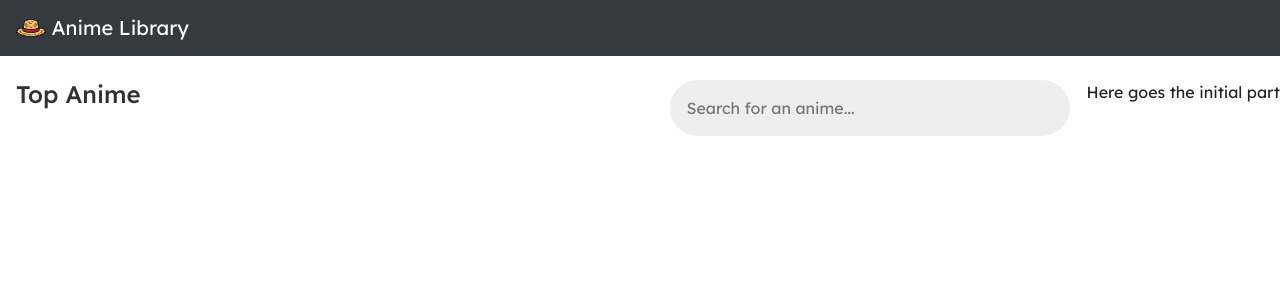
Repository: cuitlazotlac/anime-library
Page: /
An editor plug-in stored every save of this project. The page is shown before and after the next save, followed by the edit.
The browser window is 1280 px wide. The pictures show the whole page.
The page's requests for data from a server got no answer. The project was rebuilt for these pictures with package versions that can differ from the ones it lists, and the page was loaded fresh each time. No one was signed in, and anything a server would have sent is missing. Also part of the build but not shown: src/components/AnimeCard.js.

Above is the page before, as saved 2021-05-05 00:18:58.

### public/index.html
<!DOCTYPE html>
<html lang="en">
  <head>
    <meta charset="utf-8" />
    <link rel="icon" href="%PUBLIC_URL%/favicon.svg" />
    <meta name="viewport" content="width=device-width, initial-scale=1" />
    <meta name="theme-color" content="#000000" />
    <meta
      name="description"
      content="Web site created using create-react-app"
    />
    <link rel="apple-touch-icon" href="%PUBLIC_URL%/logo192.png" />
    <!--
      manifest.json provides metadata used when your web app is installed on a
      user's mobile device or desktop. See https://developers.google.com/web/fundamentals/web-app-manifest/
    -->
    <link rel="manifest" href="%PUBLIC_URL%/manifest.json" />
    <!--
      Notice the use of %PUBLIC_URL% in the tags above.
      It will be replaced with the URL of the `public` folder during the build.
      Only files inside the `public` folder can be referenced from the HTML.

      Unlike "/favicon.ico" or "favicon.ico", "%PUBLIC_URL%/favicon.ico" will
      work correctly both with client-side routing and a non-root public URL.
      Learn how to configure a non-root public URL by running `npm run build`.
    -->
    <title>Anime Library</title>
  </head>
  <body>
    <noscript>You need to enable JavaScript to run this app.</noscript>
    <div id="root"></div>
    <!--
      This HTML file is a template.
      If you open it directly in the browser, you will see an empty page.

      You can add webfonts, meta tags, or analytics to this file.
      The build step will place the bundled scripts into the <body> tag.

      To begin the development, run `npm start` or `yarn start`.
      To create a production bundle, use `npm run build` or `yarn build`.
    -->
  </body>
</html>

### src/index.js
import React from 'react';
import ReactDOM from 'react-dom';
import './index.scss';
import App from './App';
import 'bootstrap/dist/css/bootstrap.min.css';


ReactDOM.render(
  <React.StrictMode>
    <App />
  </React.StrictMode>,
  document.getElementById('root')
);

### src/index.scss
@import "~bootstrap/scss/bootstrap";
@import url('https://fonts.googleapis.com/css2?family=Lexend:wght@100;300;400;500;600;700;800&display=swap');


@import "./assets/styles/base/main";

@import "./assets/styles/components/animeCard";
@import "./assets/styles/components/header";

* {
	margin: 0;
	padding: 0;
	box-sizing: border-box;

	font-family: 'Lexend', sans-serif;
}

### src/App.js
import { useState, useEffect, useLayoutEffect } from "react";
import Header from "./components/Header";
import Sidebar from "./components/Sidebar";
import MainContent from "./components/MainContent";
import SearchBar from "./components/SearchBar";

function App() {
  const [animeList, SetAnimeList] = useState([]);
  const [topAnime, SetTopAnime] = useState([]);
  const [search, SetSearch] = useState("");

  const GetTopAnime = async () => {
    const temp = await fetch(
      `https://api.jikan.moe/v3/top/anime/1/bypopularity`
    ).then((res) => res.json());

    // only get the top 5 anime
    SetTopAnime(temp.top.slice(0, 5));
  };

  const HandleSearch = (e) => {
    e.preventDefault();
    FetchAnime(search);
  };

  const FetchAnime = async (query) => {
    const temp = await fetch(
      `https://api.jikan.moe/v3/search/anime?q=${query}&order_by=title&sort=asc&limit=10`
    ).then((res) => res.json());

    SetAnimeList(temp.results);
  };

  useEffect(() => {
    GetTopAnime();
  }, []);

  return (
    <div className="App">
      <Header />
      <br />
      <div className="content-wrap">
        <Sidebar topAnime={topAnime} />
        <SearchBar SetSearch={SetSearch} />
        {typeof search.title != "undefined" ? (
          <MainContent
            HandleSearch={HandleSearch}
            search={search}
            animeList={animeList}
            SetSearch={SetSearch}
          />
        ) : (
          "Here goes the initial part"
        )}
      </div>
    </div>
  );
}

export default App;

### src/assets/styles/base/_main.scss
.content-wrap {
	display: flex;

	aside {
		flex: 1 1 250px;
		max-width: 250px;
		padding-right: 16px;

		nav {
			padding-left: 16px;
			padding-right: 16px;

			h3 {
				color: #313131;
				font-size: 24px;
				margin-bottom: 16px;
			}

			a {
				display: block;
				padding: 8px 16px;
				text-align: left;

				color: #888;
				font-size: 16px;
				margin-bottom: 16px;

				background-color: #EEE;
				border-radius: 999px;
				text-decoration: none;

				transition: 0.4s;

				&:hover {
					background-color: #313131;
					color: #AAA;
				}
			}
		}
	}

	main {
		flex: 1 1 0%;
		padding: 0px 16px;

		.main-head {
			display: flex;
			justify-content: flex-end;

			.search-box {
				display: flex;
				justify-content: flex-end;
				flex: 1 1 0%;

				input {
					appearance: none;
					background: none;
					outline: none;
					border: none;

					display: block;
					width: 100%;
					max-width: 400px;
					padding: 16px;
					border-radius: 999px;
					background-color: #EEE;

					transition: 0.4s;

					::placeholder {
						color: #888;
					}

					&:focus, &:valid {
						background-color: #313131;
						color: #FFF;
					}
				}
			}
		}
	}
}

### src/assets/styles/components/_animeCard.scss
.anime-list {
    display: flex;
    flex-wrap: wrap;
    margin-top: 32px;
    margin: 32px -8px 0px;

    .anime-card {
        flex: 1 1 33.333%;
        max-width: 33.333%;
        padding: 16px 8px;

        a {
            text-decoration: none;
        }

        figure {
            display: block;
            margin-bottom: 16px;

            img {
                display: block;
                width: 100%;
                height: 350px;
                object-fit: cover;
                border-radius: 16px;
                box-shadow: 0px 0px 0px rgba(0, 0, 0, 0.15);

                transition: 0.4s;
            }
        }

        h3 {
            color: #313131;
        }

        &:hover {
            figure {
                img {
                    box-shadow: 0px 6px 12px rgba(0, 0, 0, 0.25);
                    transform: scale(1.05);
                }
            }
        }
    }
}

### src/assets/styles/components/_header.scss
header {
	padding-top: 50px;
	padding-bottom: 50px;

	h1 {
		color: #AAA;
		font-size: 36px;
		font-weight: 400;
		text-align: center;

		strong {
			color: #313131;
		}
	}
}

### src/components/Header.js
import Navbar from "react-bootstrap/Navbar";
import logo from "../assets/images/logo.svg";

function Header() {
  return (
    <>
      <Navbar bg="dark" variant="dark">
        <Navbar.Brand href="#home">
          <img
            alt=""
            src={logo}
            width="30"
            height="30"
            className="d-inline-block align-top"
          />{" "}
          Anime Library
        </Navbar.Brand>
      </Navbar>
    </>
  );
}

export default Header;

### src/components/Sidebar.js
import React from "react";

function Sidebar({ topAnime }) {
  return (
    <aside>
      <nav>
        <h3>Top Anime</h3>
        {topAnime.map((anime) => (
          <a
            href={anime.url}
            target="_blank"
            key={anime.mal_id}
            rel="noreferrer">
            { anime.title }
          </a>
        ))}
      </nav>
    </aside>
  );
}

export default Sidebar;

### src/components/SearchBar.jsx
import React from 'react'

export default function SearchBar(props) {
    return (
        <main>
            <div className="main-head">
                <form
                    className="search-box"
                    onSubmit={props.HandleSearch}>
                    <input
                        type="search"
                        placeholder="Search for an anime..."
                        required
                        value={props.search}
                        onChange={e => props.SetSearch(e.target.value)}
                    />
                </form>
            </div>
        </main>
    )
}

### src/components/MainContent.js
import React from 'react'
import AnimeCard from './AnimeCard'


export default function MainContent(props) {
    return (
        <main>
            <div className="main-head">
                <form
                    className="search-box"
                    onSubmit={props.HandleSearch}>
                    <input
                        type="search"
                        placeholder="Search for an anime..."
                        required
                        value={props.search}
                        onChange={e => props.SetSearch(e.target.value)}
                    />
                </form>
            </div>
            <div className="anime-list">
                {props.animeList.map(anime => (
                        <AnimeCard
                            anime={anime}
                            key={anime.mal_id}
                        />

                ))}
            </div>
        </main>
    )
}

After the next save:
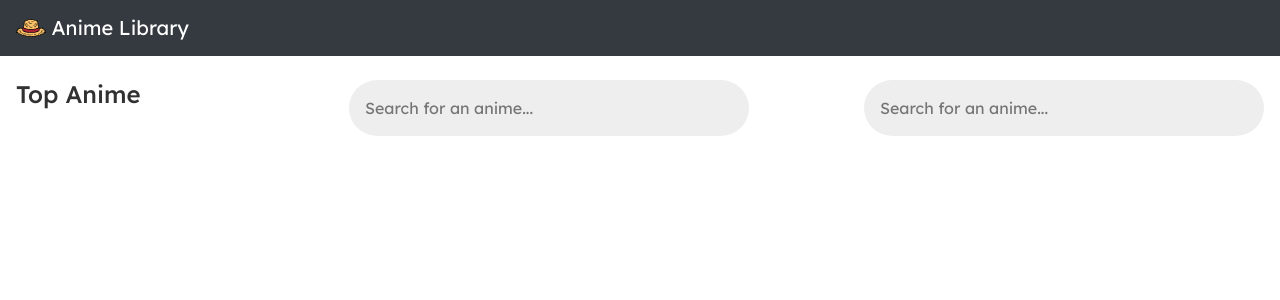
Saved 28 s later.
--- a/src/App.js
+++ b/src/App.js
@@ -42,7 +42,7 @@
       <div className="content-wrap">
         <Sidebar topAnime={topAnime} />
         <SearchBar SetSearch={SetSearch} />
-        {typeof search.title != "undefined" ? (
+        {typeof search.title != null ? (
           <MainContent
             HandleSearch={HandleSearch}
             search={search}

After the save that followed:
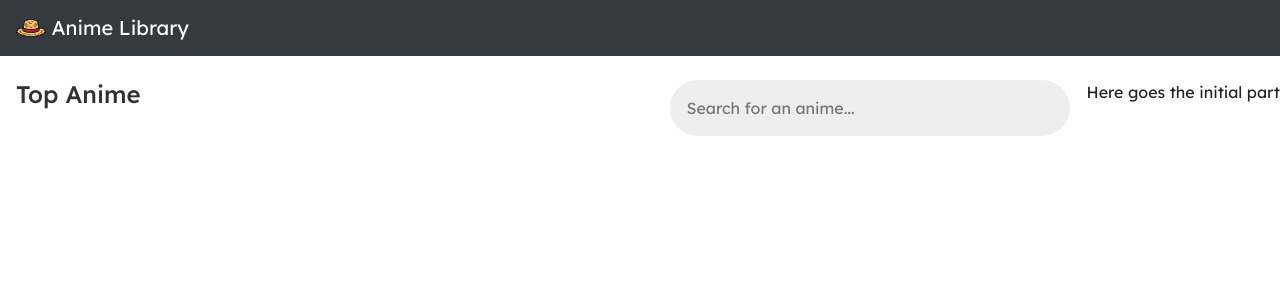
Saved 35 s later.
--- a/src/App.js
+++ b/src/App.js
@@ -42,7 +42,7 @@
       <div className="content-wrap">
         <Sidebar topAnime={topAnime} />
         <SearchBar SetSearch={SetSearch} />
-        {typeof search.title != null ? (
+        {typeof search.title != "undefined" ? (
           <MainContent
             HandleSearch={HandleSearch}
             search={search}
